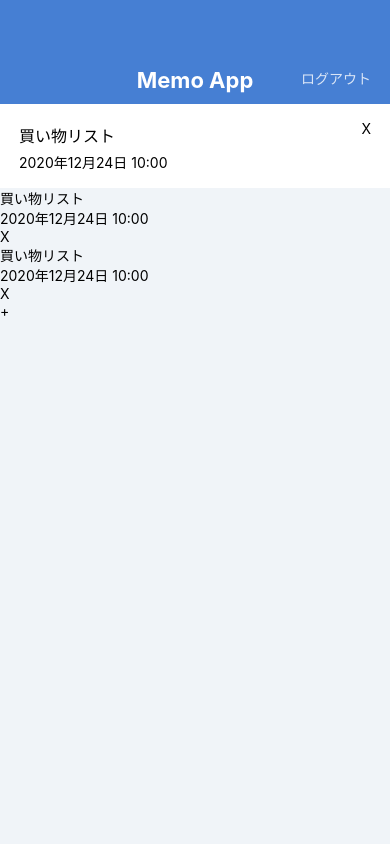
Repository: hirano-step/MemoApp
Screen: /
These files come from the project's save history. The screen is drawn as it stood at one moment and after the next save; the edit follows.
The app was drawn by React Native's web renderer in a window 390 px wide. The project was rebuilt for these pictures with package versions that can differ from the ones it lists, and the page was loaded fresh each time.

Above is the screen before, as saved 2023-01-12 11:21:28.

### App.jsx
import { StyleSheet, Text, View } from 'react-native';

export default function App() {
  return (
    <View style={styles.container}>
      <View style={styles.appbar}>
        <View style={styles.appbarInner}>
          <Text style={styles.appbarTitle}>Memo App</Text>
          <Text style={styles.appbarRight}>ログアウト</Text>
        </View>
      </View>

      <View>
        <View style={styles.memoListItem}>
          <View>
            <Text style={styles.memoListItemTitle}>買い物リスト</Text>
            <Text style={styles.memoListItemDate}>2020年12月24日 10:00</Text>
          </View>
          <View>
            <Text>X</Text>
          </View>
        </View>

        <View>
          <View>
            <Text>買い物リスト</Text>
            <Text>2020年12月24日 10:00</Text>
          </View>
          <View>
            <Text>X</Text>
          </View>
        </View>

        <View>
          <View>
            <Text>買い物リスト</Text>
            <Text>2020年12月24日 10:00</Text>
          </View>
          <View>
            <Text>X</Text>
          </View>
        </View>
      </View>

      <View>
        <Text>+</Text>
      </View>

    </View>
  );
}

const styles = StyleSheet.create({
  container: {
    flex: 1,
    backgroundColor: '#F0F4F8',
  },
  appbar: {
    width: '100%',
    height: 104,
    backgroundColor: '#467FD3',
    justifyContent: 'flex-end',
  },
  appbarInner: {
    alignItems: 'center',
  },
  appbarRight: {
    position: 'absolute',
    right: 19,
    bottom: 16,
    color: 'rgba(255,255,255,0.8)',
  },
  appbarTitle: {
    marginBottom: 8,
    fontSize: 22,
    lineHeight: 32,
    color: '#FFFFFF',
    fontWeight: 'bold',
  },
  memoListItem: {
    backgroundColor: '#FFFFFF',
    flexDirection: 'row',
    justifyContent: 'space-between',
    paddingVertical: 16,
    paddingHorizontal: 19,
  },
  memoListItemTitle: {
    fontSize: 16,
    lineHeight: 32,
  },
  memoListItemDate: {

  }
});

After the next save:
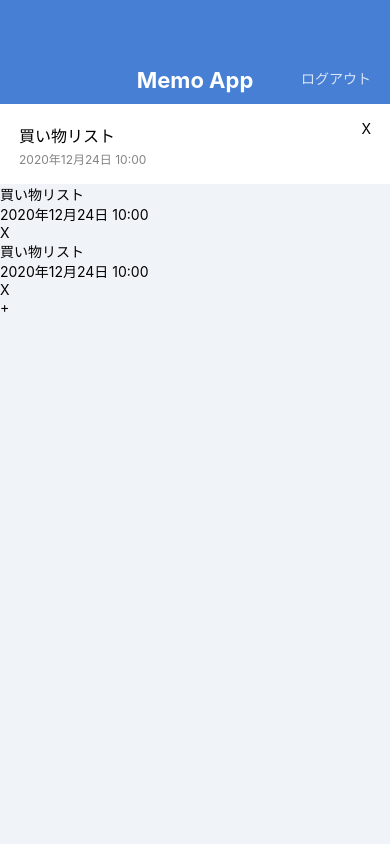
Saved 41 s later.
--- a/App.jsx
+++ b/App.jsx
@@ -89,6 +89,8 @@ const styles = StyleSheet.create({
     lineHeight: 32,
   },
   memoListItemDate: {
-
-  }
+    fontSize: 12,
+    lineHeight: 16,
+    color: '#848484',
+  },
 });
